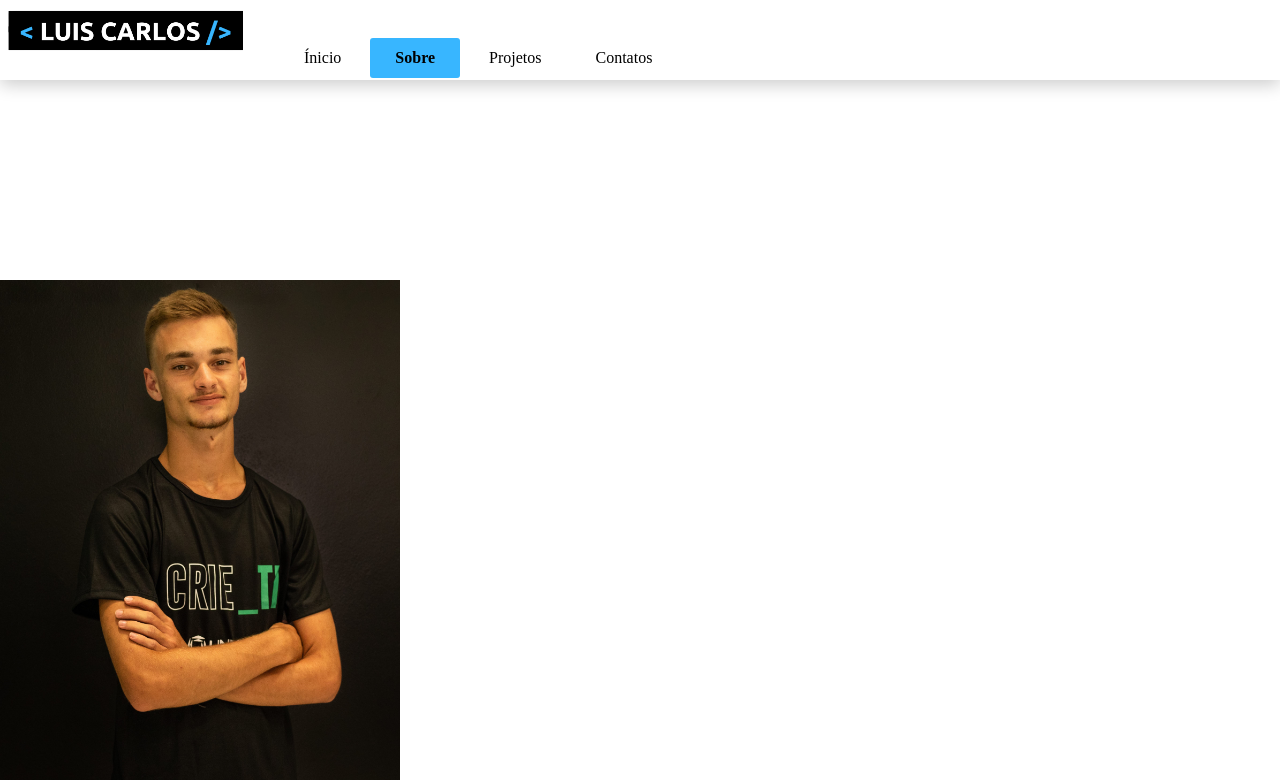
Repository: Iluiscarlos/SitePortifolio
Page: about.html
The author's editor kept a copy of each file at every save. The page is drawn from the files as they stood at one save, then again after the next save.
The browser window is 1280 px wide. The pictures show the whole page.
Some web libraries are served in a nearby version.

Above is the page before, as saved 2022-05-23 22:09:15.

### about.html
<!DOCTYPE html>
<html lang="pt-BR">

<head>
    <meta charset="UTF-8">
    <meta name="viewport" content="width=device-width, initial-scale=1.0">
    <meta http-equiv="X-UA-Compatible" content="ie=edge">
    <title>Luís Carlos</title>
    <link rel="stylesheet" href="Styles/base/reset.css">
    <link rel="stylesheet" href="Styles/base/variables.css">
    <link rel="stylesheet" href="Styles/base/base.css">
    <link rel="stylesheet" href="Styles/layout/header.css">
    <link rel="stylesheet" href="Styles/layout/about.css">
    <script src="https://kit.fontawesome.com/2c48374459.js" crossorigin="anonymous"></script>
    <link rel="preconnect" href="https://fonts.googleapis.com">
    <link rel="preconnect" href="https://fonts.gstatic.com" crossorigin>
    <link href="https://fonts.googleapis.com/css2?family=Poppins&display=swap" rel="stylesheet">
</head>

<body>
    <header class="header">
        <img src="icons/logo.png" class="header__logo">
        <nav class="menu__item">
            <a href="index.html" class="menu__item">Ínicio</a>
            <a href="about.html" target="_self" class=" menu__item menu__item--active">Sobre</a>
            <a href="#" class="menu__item">Projetos</a>
            <a href="#" class="menu__item">Contatos</a>
        </nav>
    </header>
    <section class="about">
        <img src="photos/About.jpg" class="about__photo">

        <div class="about__content">
            <h1 class="">{Sobre mim}</h1>
        </div>
    </section>
</body>
</html>

### Styles/base/variables.css
:root{
    --color-red: #F41B3B;
    --color-green: #1EBC99;
    --color-blue: #38b6ff;
    --color-blue1: #0058dd;
    --color-purple:#6b009d;
    --color-yellow: #F9CC0D;
    --color-white: #ffffff;
    --color-black: #000000;
    --color-black1: #333;
    --color-darken-gray: #363536;
    --color-light-gray: #807E81;
    --color-gray: #4f4e50;
    --color-fa: #fafafa;
    --color-ea: #eaeaea;
    --color-cece: #cecece;

--font-family-Roboto:"Roboto Flex", 'Sans serif';
--font-size-default: 16px;
--border-radius-default:3px;

--font-family-primary: var(--font-family-Roboto);
}

### Styles/base/base.css
body {
    font-family: var(--font-family-primary);
    font-size: var(--font-size-default);
    background-color:  var(--color-white);
    color: var(--color-black1);
}


.divisor{
    size: 1;
    width: 100%;
}

.container {
    width: 1100px;
    max-width: 100%;
    margin-left: auto;
    margin-right: auto;
    margin-bottom: 60px;
  }

### Styles/layout/header.css
.header{
    position: fixed;
    height: 80px;
    font-size: 16px;
    background-color: var(--color-white);
    box-shadow: 0 5px 1em #cecece;
    top: 0;
    left: 0;
    right: 0;
}

.header .container{
    display: flex;
    align-items: center;
    height: 100%;
}
.menu__item{
    display: inline-block;
    padding: 0 25px 0;
    text-decoration: none;
    /*border-right: 2px solid var(--color-blue);*/
    color: var(--color-black);
    margin-left: auto;
}

.menu__item--active{
    color: var(--color-black);
    display: inline-block;
    text-align: center;
    font-weight: bold;
    line-height: 40px;
    border-radius: 3px;
    background: var(--color-blue);
}

/*.menu__item:last-child{
    border-right: none;
}*/

.header__logo{
    width: 250px;
}


@media only screen and (max-width: 480px){
    .header{
    display: block;
    position: fixed;
    top: 60px;
    left: 0;
    right: 0;
    bottom: 0;
    background-color: pink;
    transform: translateX(-100%);

}


    .header__menu::-webkit-scrollbar{
        width: 0;
        height: 0;
    }

    .menu__item{
        display: block;
        margin: 20px 0;
    }

}

### Styles/layout/about.css
.about{
    display: flex;
}

.about__photo{
    width: 400px;
    height: 500px;
    padding-top: 280px;
    padding-right: 50px;
    vertical-align: middle;
    object-fit: cover;
}


.about__tittle{
    color: var(--color-blue);
    font-size: 40px;
    font-weight:900;
    padding-top: 140px;
    text-align: end;
}


.about__content{
    font-family: var(--font-family-primary);
    font-size: 18px;
    padding-top: 30px;
    text-align: justify;
    line-height: 1.25;
}


a{
    text-decoration: none;
}

.bold__blue{
    font-weight: bold;
    color: var(--color-blue);
}

.bold__black{
    font-weight: bold;
    color: var(--color-black);
}


.experience{
    display: flex;
    flex-direction: column;
}

.subtitle{
    color: var(--color-blue);
    font-size: 40px;
    font-weight:500;
    padding-top: 25px;
    text-align: center;
    vertical-align:top;
}

.experience__list{
    text-align: justify;
    font-size: 18px;
    font-weight: 400;
    line-height: 25px;
}

.experience__edu{
    text-align: justify;
    font-size: 18px;
    font-weight: 400;
    line-height: 25px;
}

Loaded but not shown: Styles/base/reset.css (common file)

After the next save:
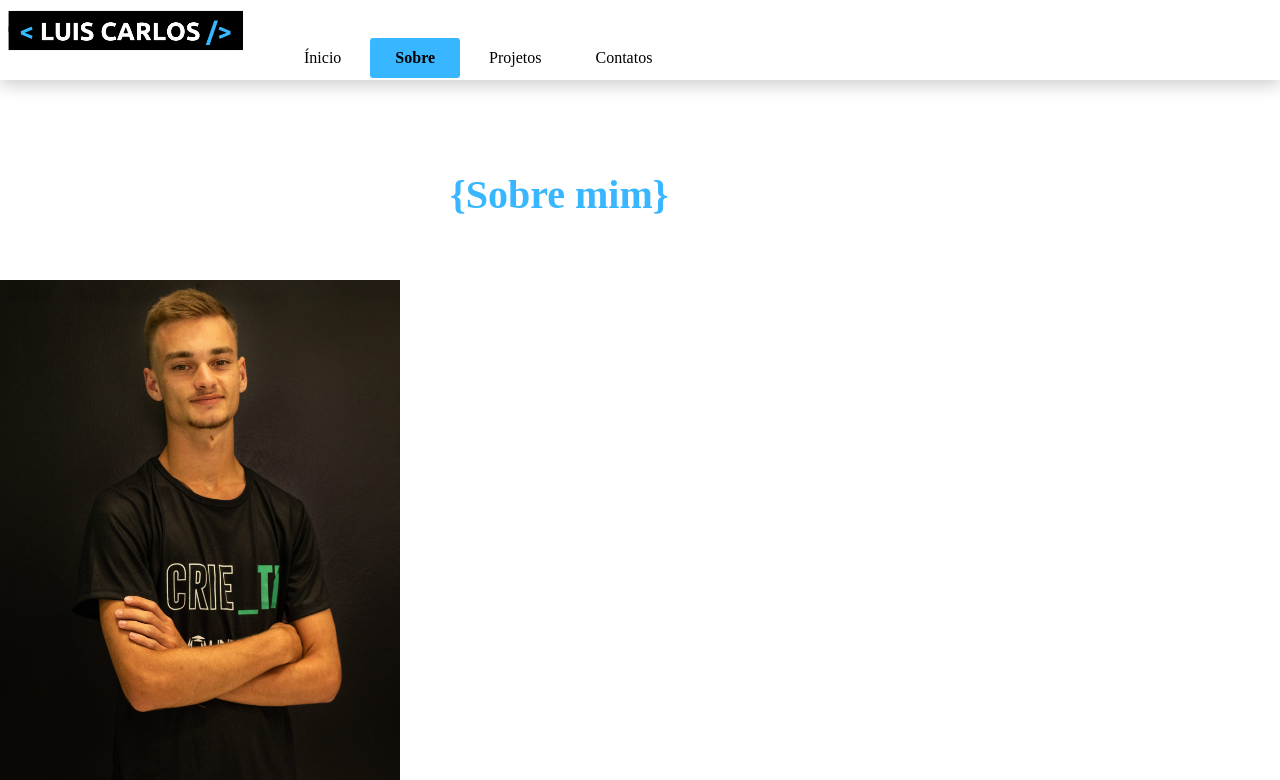
Saved 6 s later.
--- a/about.html
+++ b/about.html
@@ -31,7 +31,7 @@
         <img src="photos/About.jpg" class="about__photo">
 
         <div class="about__content">
-            <h1 class="">{Sobre mim}</h1>
+            <h1 class="about__tittle">{Sobre mim}</h1>
         </div>
     </section>
 </body>
